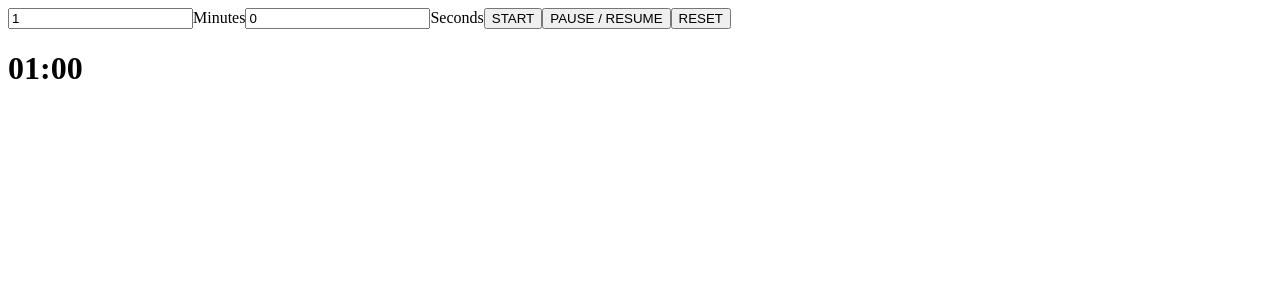
Repository: mariocapitbrok/set-interval-js-timer
Page: /
The author's editor kept a copy of each file at every save. The page is drawn from the files as they stood at one save, then again after the next save.
The browser window is 1280 px wide. The pictures show the whole page.
The project was rebuilt for these pictures with package versions that can differ from the ones it lists, and the page was loaded fresh each time.

Above is the page before, as saved 2022-07-20 19:12:35.

After the next save:
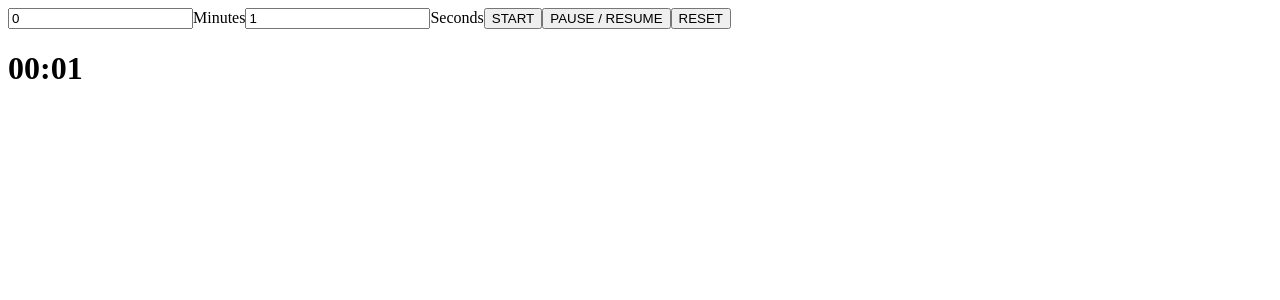
Saved 3 min 22 s later.
--- a/src/components/solution.jsx
+++ b/src/components/solution.jsx
@@ -12,7 +12,7 @@ const twoDigits = number => {
 }
 
 function Solution() {
-  const [config, setConfig] = useState({ minutes: 1, seconds: 0 })
+  const [config, setConfig] = useState({ minutes: 0, seconds: 1 })
   const [configHistory, setConfigHistory] = useState([])
 
   const [time, setTime] = useState(null)
